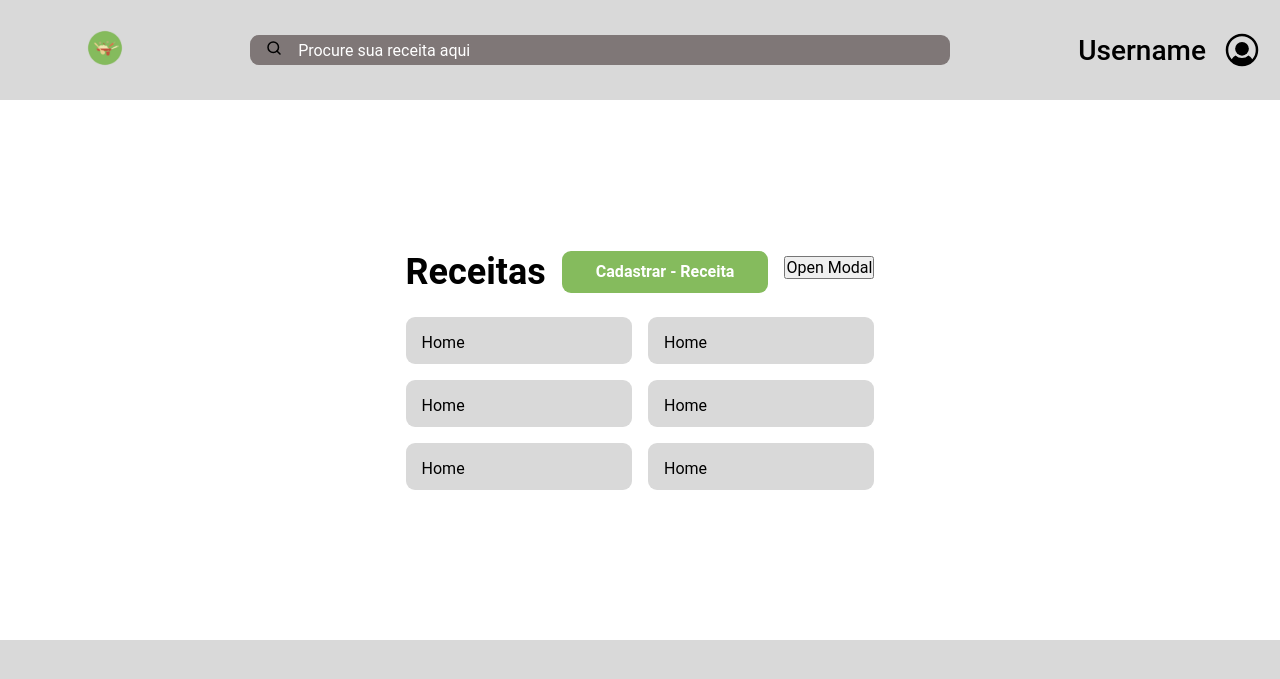
Repository: GabrielEduardoBrambilla/receitas-online
Page: /
These files come from the project's save history. The page is drawn as it stood at one moment and after the next save; the edit follows.
The browser window is 1280 px wide. The pictures show the whole page.
The project was rebuilt for these pictures with package versions that can differ from the ones it lists, and the page was loaded fresh each time. Also part of the build but not shown: vite.config.js.

Above is the page before, as saved 2024-04-15 21:00:41.

After the next save:
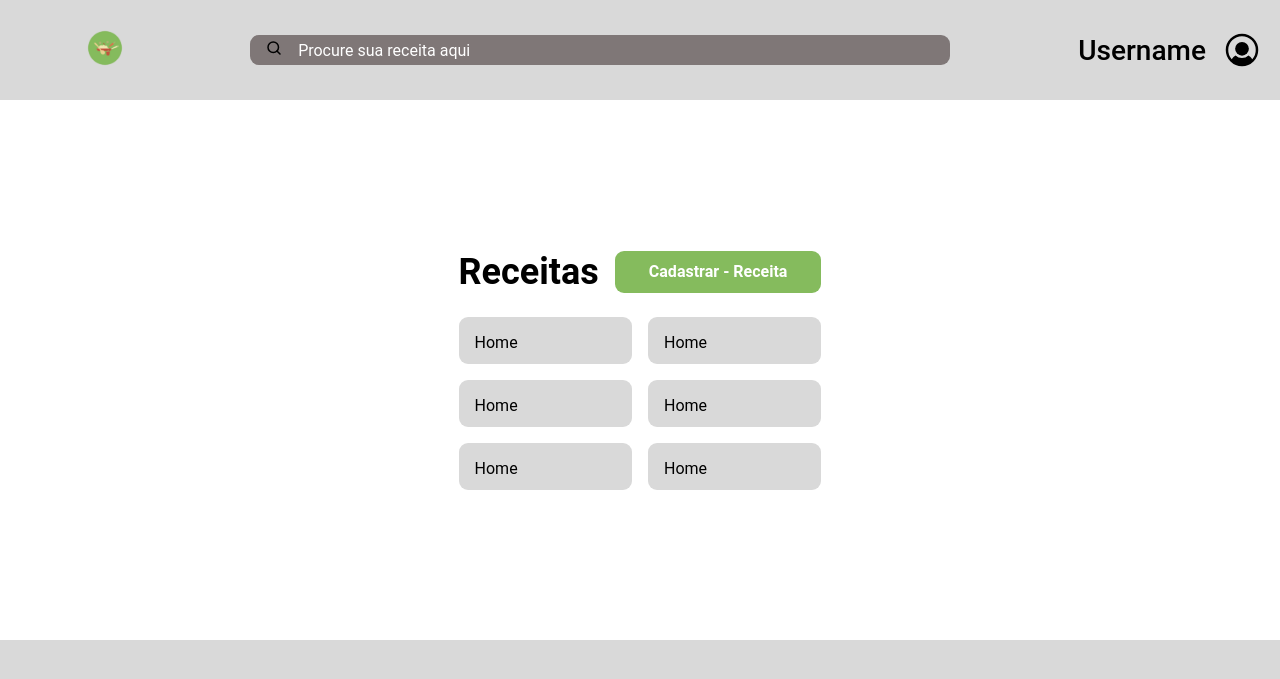
Saved 9 s later.
--- a/src/pages/Home/index.jsx
+++ b/src/pages/Home/index.jsx
@@ -11,7 +11,6 @@
       <TitleWrapper>
         <h2>Receitas</h2>
         <button>Cadastrar - Receita</button>
-        <RecipeRegisterModal />
       </TitleWrapper>
 
       <CardWrapper>

After the save that followed:
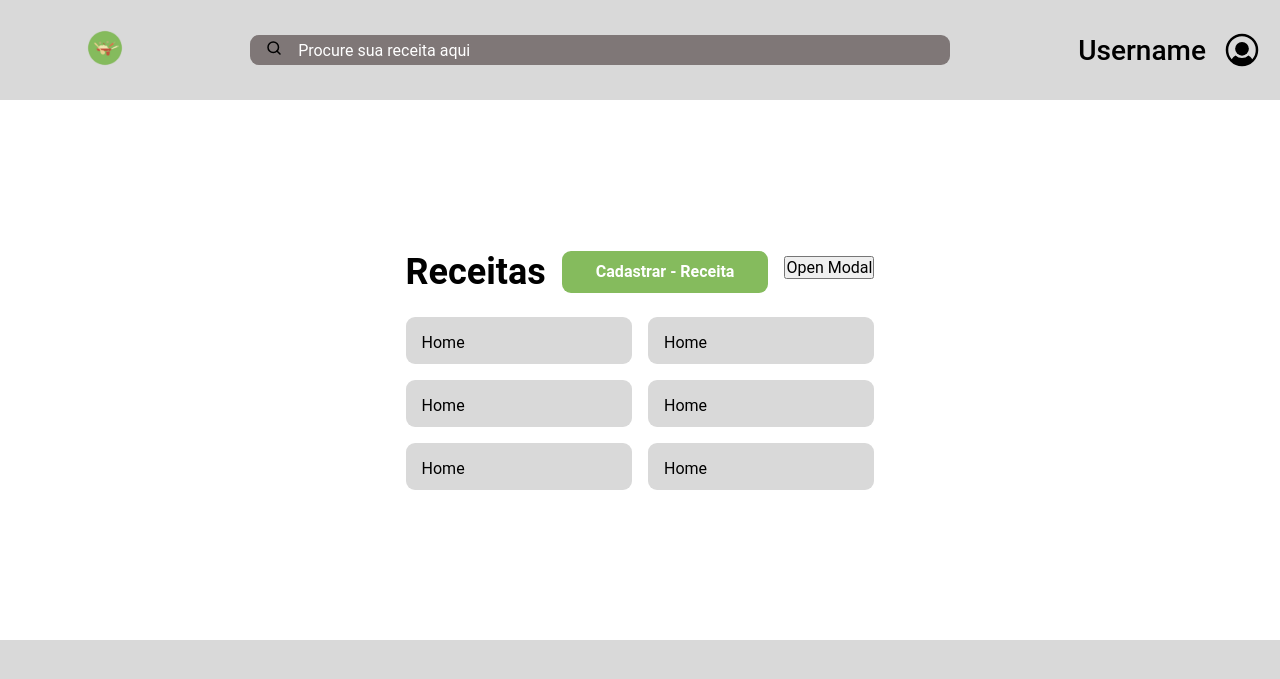
Saved 15 s later.
--- a/src/pages/Home/index.jsx
+++ b/src/pages/Home/index.jsx
@@ -11,6 +11,7 @@
       <TitleWrapper>
         <h2>Receitas</h2>
         <button>Cadastrar - Receita</button>
+        <RecipeRegisterModal />
       </TitleWrapper>
 
       <CardWrapper>
